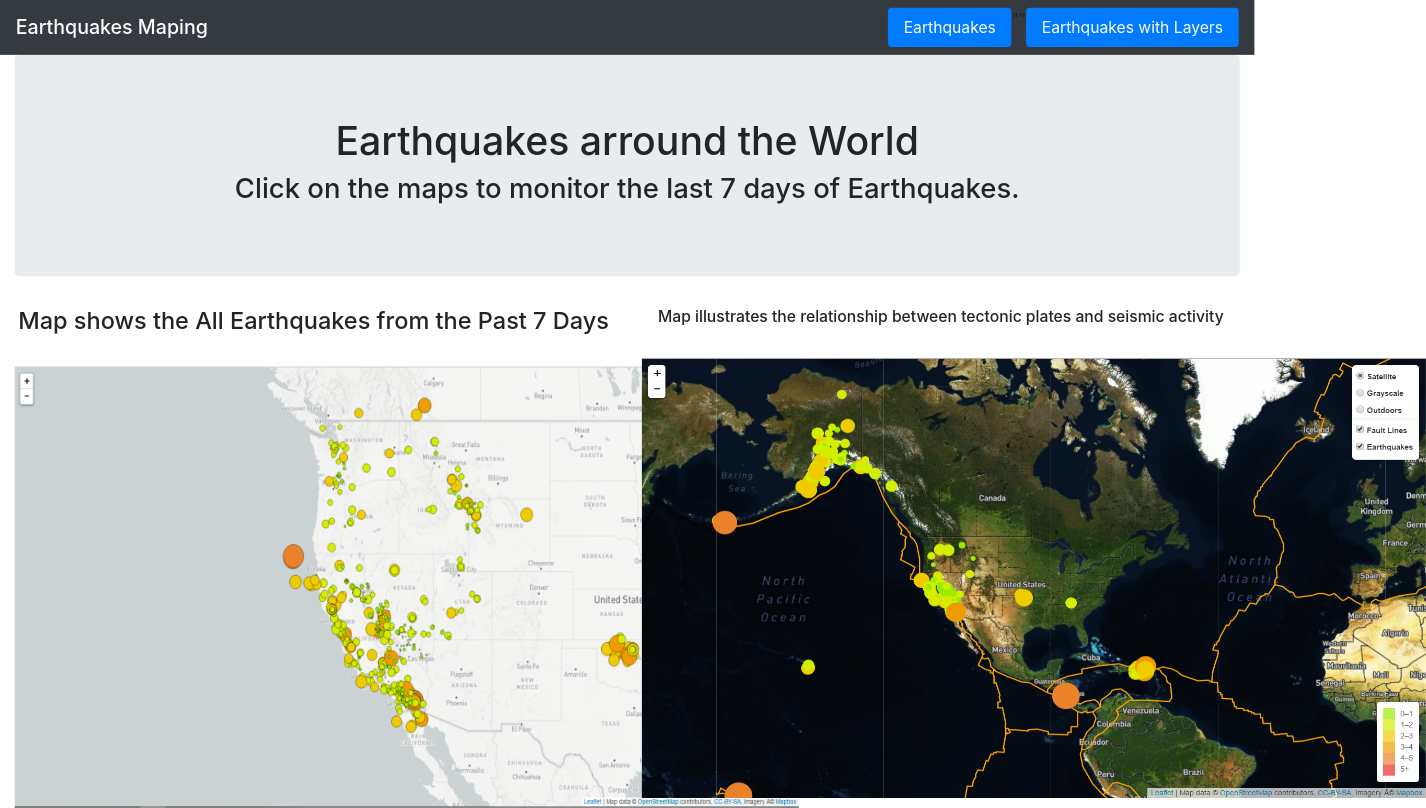
Repository: ermiasgelaye/leaflet-challenge
Page: index.html
The author's editor kept a copy of each file at every save. The page is drawn from the files as they stood at one save, then again after the next save.
The browser window is 1280 px wide. The page is 1455 px wide, so the pictures cover 1455 px, including what lies to the right of the window. The pictures show the whole page, at 98% of full size.

Above is the page before, as saved 2020-09-18 22:42:35.

After the next save:
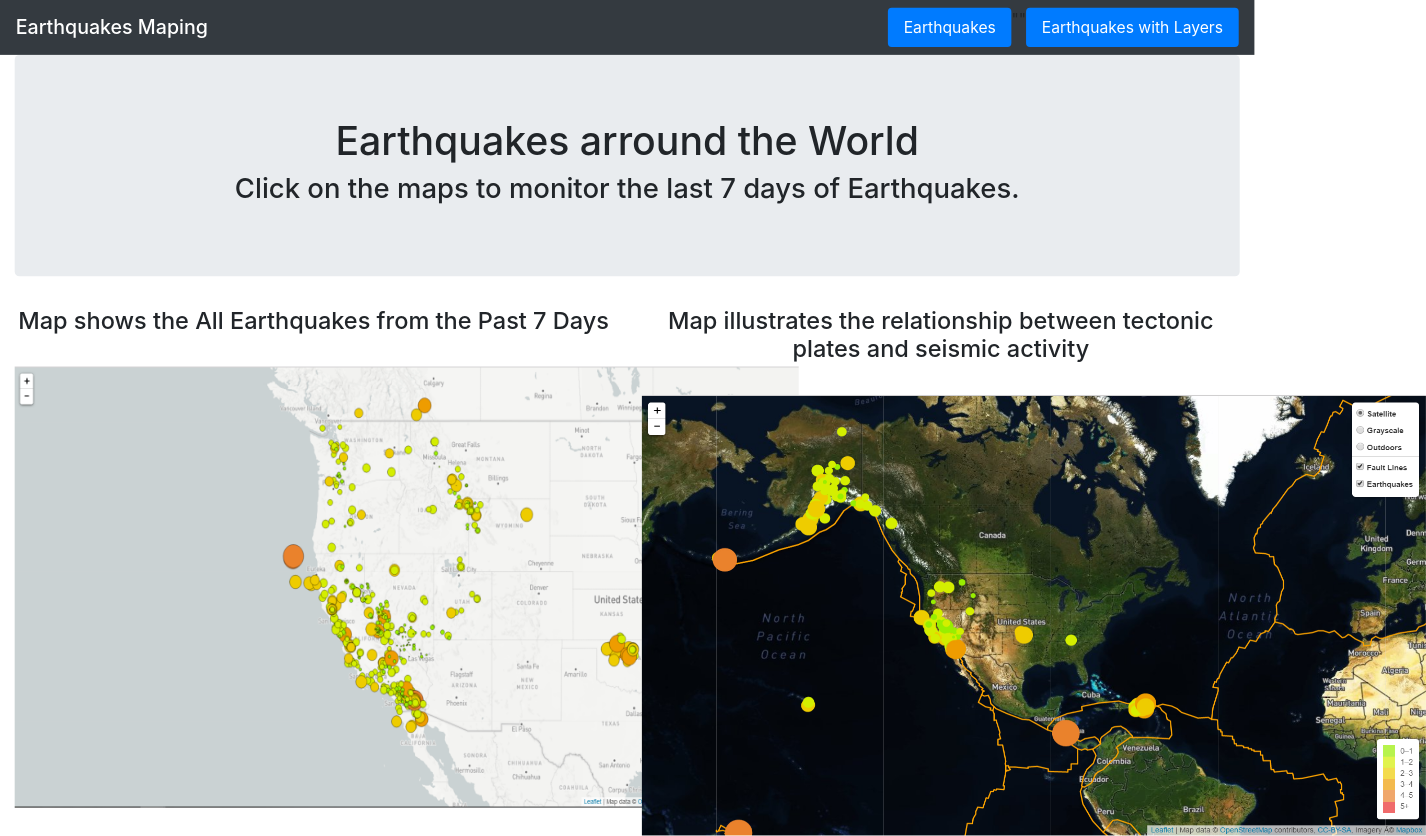
Saved 7 s later.
--- a/index.html
+++ b/index.html
@@ -56,7 +56,7 @@
           /></a>
         </div>
         <div class="col-lg-6">
-            <h6 style="text-align:center;">
+            <h4 style="text-align:center;">
                 Map illustrates the relationship between tectonic plates and seismic activity
             </h6>
             <br />
